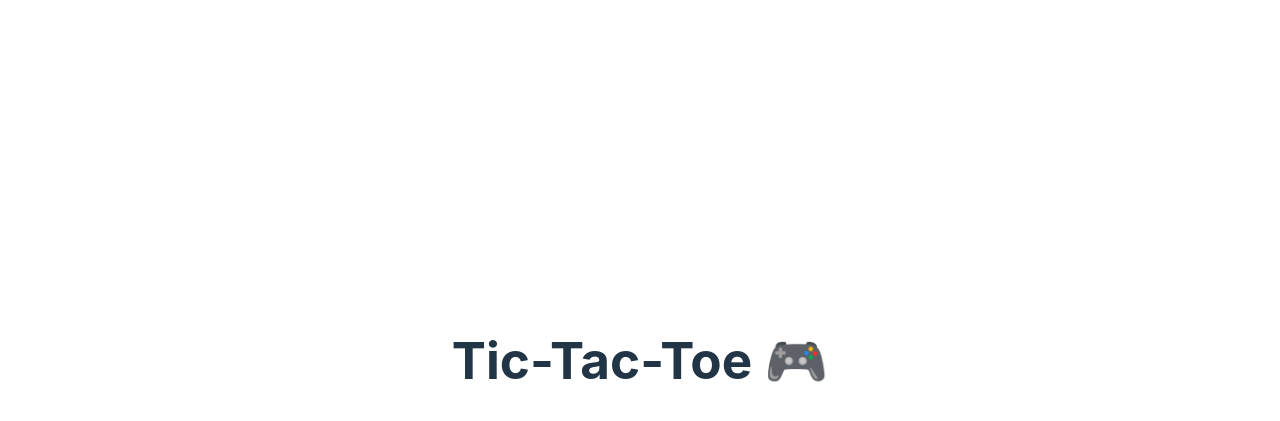
Repository: atzin-escandia/react-tic-tac-toe
Page: /
An editor plug-in stored every save of this project. The page is shown before and after the next save, followed by the edit.
The browser window is 1280 px wide. The pictures show the whole page.
The project was rebuilt for these pictures with package versions that can differ from the ones it lists, and the page was loaded fresh each time. Also part of the build but not shown: vite.config.js.

Above is the page before, as saved 2023-10-05 18:44:08.

### index.html
<!DOCTYPE html>
<html lang="en">
  <head>
    <meta charset="UTF-8" />
    <link rel="icon" type="image/svg+xml" href="/vite.svg" />
    <meta name="viewport" content="width=device-width, initial-scale=1.0" />
    <title>Tic-Tac-Toe React 🎮</title>
  </head>
  <body>
    <div id="root"></div>
    <script type="module" src="/src/main.jsx"></script>
  </body>
</html>

### src/App.jsx
import "./App.css";

function App() {
  const TURNS = {
    x: "❌",
    o: "🤍",
  };

  const board = Array(9).fill(null);

  const Square = ({ children, updateBoard, index }) => {
    return <div className="Square">{children}</div>;
  };

  return (
    <main className="board">
      <h1>Tic-Tac-Toe 🎮</h1>
      <section className="game">
        {board.map((_, index) => {
          <Square key={index}></Square>;
        })}
      </section>
    </main>
  );
}

export default App;

### src/index.css
:root {
  font-family: Inter, system-ui, Avenir, Helvetica, Arial, sans-serif;
  line-height: 1.5;
  font-weight: 400;

  color-scheme: light dark;
  color: rgba(255, 255, 255, 0.87);
  background-color: #242424;

  font-synthesis: none;
  text-rendering: optimizeLegibility;
  -webkit-font-smoothing: antialiased;
  -moz-osx-font-smoothing: grayscale;
  -webkit-text-size-adjust: 100%;
}

a {
  font-weight: 500;
  color: #646cff;
  text-decoration: inherit;
}
a:hover {
  color: #535bf2;
}

body {
  margin: 0;
  display: flex;
  place-items: center;
  min-width: 320px;
  min-height: 100vh;
}

h1 {
  font-size: 3.2em;
  line-height: 1.1;
}

button {
  border-radius: 8px;
  border: 1px solid transparent;
  padding: 0.6em 1.2em;
  font-size: 1em;
  font-weight: 500;
  font-family: inherit;
  background-color: #1a1a1a;
  cursor: pointer;
  transition: border-color 0.25s;
}
button:hover {
  border-color: #646cff;
}
button:focus,
button:focus-visible {
  outline: 4px auto -webkit-focus-ring-color;
}

@media (prefers-color-scheme: light) {
  :root {
    color: #213547;
    background-color: #ffffff;
  }
  a:hover {
    color: #747bff;
  }
  button {
    background-color: #f9f9f9;
  }
}


}

Loaded but not shown: src/main.jsx (common file); src/App.css (common file)

After the next save:
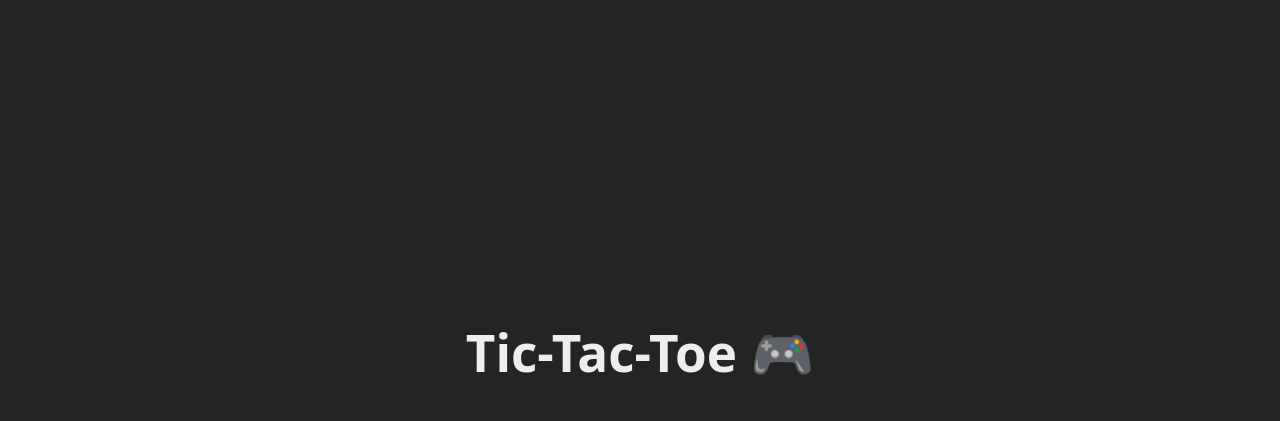
Saved 23 s later.
--- a/src/index.css
+++ b/src/index.css
@@ -68,5 +68,135 @@
   }
 }
 
-
-}
+:root {
+  font-family: system-ui, -apple-system, BlinkMacSystemFont, "Segoe UI", Roboto,
+    Oxygen, Ubuntu, Cantarell, "Open Sans", "Helvetica Neue", sans-serif;
+  font-size: 16px;
+  line-height: 24px;
+  font-weight: 400;
+
+  color-scheme: light dark;
+  color: rgba(255, 255, 255, 0.87);
+  background-color: #242424;
+
+  font-synthesis: none;
+  text-rendering: optimizeLegibility;
+  -webkit-font-smoothing: antialiased;
+  -moz-osx-font-smoothing: grayscale;
+  -webkit-text-size-adjust: 100%;
+}
+
+body {
+  margin: 0;
+  display: flex;
+  justify-content: center;
+  min-width: 320px;
+  min-height: 100vh;
+}
+
+* {
+  padding: 0;
+  margin: 0;
+  box-sizing: border-box;
+}
+
+.board {
+  width: fit-content;
+  margin: 40px auto;
+  text-align: center;
+}
+
+.board h1 {
+  color: #eee;
+  margin-bottom: 16px;
+}
+
+.board button {
+  padding: 8px 12px;
+  margin: 25px;
+  background: transparent;
+  border: 2px solid #eee;
+  color: #eee;
+  width: 100px;
+  border-radius: 5px;
+  transition: 0.2s;
+  font-weight: bold;
+  cursor: pointer;
+}
+
+.board button:hover {
+  background: #eee;
+  color: #222;
+}
+
+.board .game {
+  display: grid;
+  grid-template-columns: repeat(3, 1fr);
+  gap: 10px;
+}
+
+.turn {
+  display: flex;
+  justify-content: center;
+  margin: 15px auto;
+  width: fit-content;
+  position: relative;
+  border-radius: 10px;
+}
+
+.turn .square,
+.winner .square {
+  width: 70px;
+  height: 70px;
+  pointer-events: none;
+  border-color: transparent;
+}
+
+.square.is-selected {
+  color: #fff;
+  background: #09f;
+}
+
+.winner {
+  position: absolute;
+  width: 100vw;
+  height: 100vh;
+  top: 0;
+  left: 0;
+  display: grid;
+  place-items: center;
+  background-color: rgba(0, 0, 0, 0.7);
+}
+
+.winner .text {
+  background: #111;
+  height: 300px;
+  width: 320px;
+  border: 2px solid #eee;
+  border-radius: 10px;
+  display: flex;
+  flex-direction: column;
+  justify-content: center;
+  align-items: center;
+  gap: 20px;
+}
+
+.winner .win {
+  margin: 0 auto;
+  width: fit-content;
+  border: 2px solid #eee;
+  border-radius: 10px;
+  display: flex;
+  gap: 15px;
+}
+
+.square {
+  width: 100px;
+  height: 100px;
+  border: 2px solid #eee;
+  border-radius: 5px;
+  display: grid;
+  place-items: center;
+  cursor: pointer;
+  font-size: 48px;
+}
